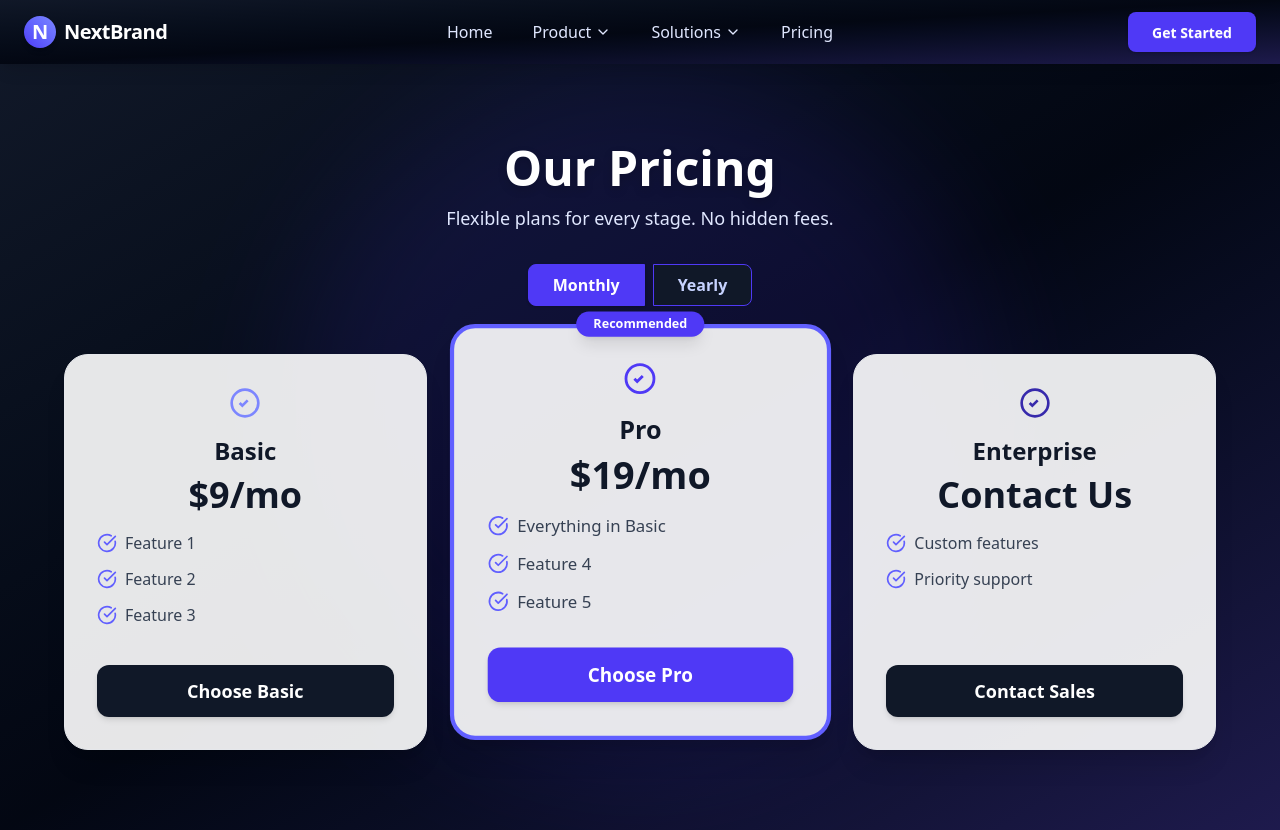
Repository: Chiranshukapil/Next_Brand
Page: /pricing
These files come from the project's save history. The page is drawn as it stood at one moment and after the next save; the edit follows.
The browser window is 1280 px wide. The pictures show the whole page.
The project was rebuilt for these pictures with package versions that can differ from the ones it lists, and the page was loaded fresh each time. Also part of the build but not shown: vite.config.js.

Above is the page before, as saved 2025-06-18 11:50:23.

After the next save:
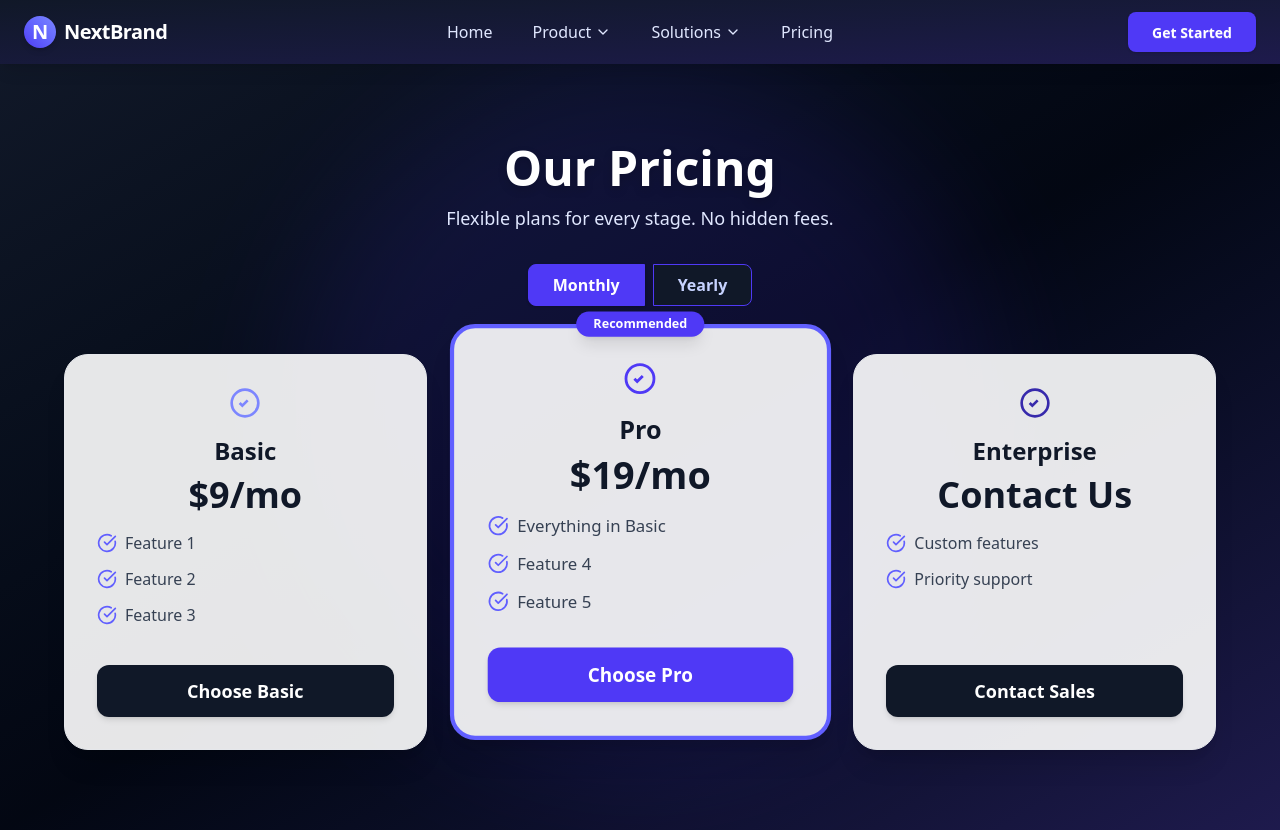
Saved 4 min 12 s later.
--- a/src/Components/NavBar.jsx
+++ b/src/Components/NavBar.jsx
@@ -30,7 +30,7 @@
   const [dropdownOpen, setDropdownOpen] = useState(null);
 
   return (
-    <nav className="sticky top-0 z-50 bg-gradient-to-br from-gray-900 via-gray-950 to-indigo-950 backdrop-blur-md bg-opacity-80 shadow-lg flex justify-between items-center px-6 py-3">
+    <nav className="sticky top-0 z-50 bg-gradient-to-br from-gray-900  to-indigo-950 backdrop-blur-md bg-opacity-80 shadow-lg flex justify-between items-center px-6 py-3">
       {/* Brand/Logo */}
       <div className="navbar-start">
         <Link

After the save that followed:
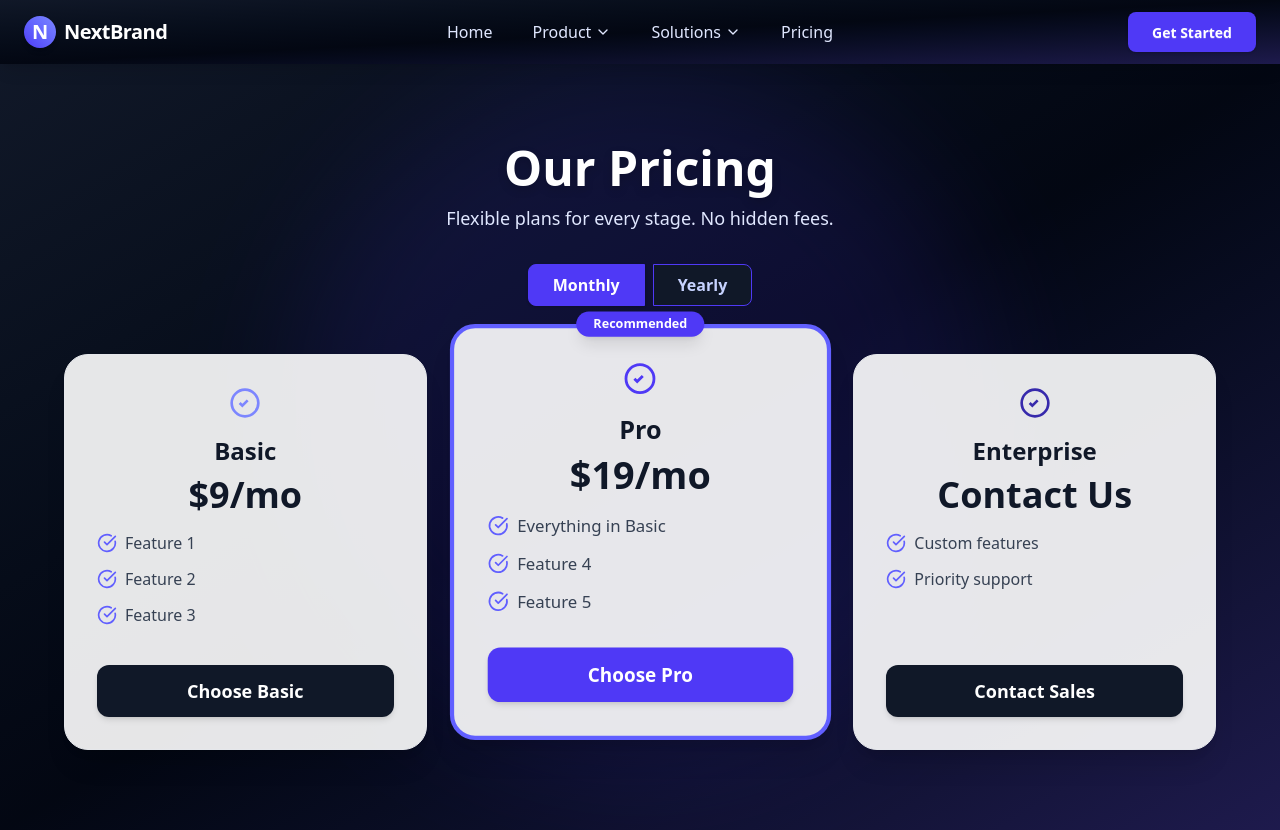
Saved 6 s later.
--- a/src/Components/NavBar.jsx
+++ b/src/Components/NavBar.jsx
@@ -30,7 +30,7 @@
   const [dropdownOpen, setDropdownOpen] = useState(null);
 
   return (
-    <nav className="sticky top-0 z-50 bg-gradient-to-br from-gray-900  to-indigo-950 backdrop-blur-md bg-opacity-80 shadow-lg flex justify-between items-center px-6 py-3">
+    <nav className="sticky top-0 z-50 bg-gradient-to-br from-gray-900 via-gray-950 to-indigo-950 backdrop-blur-md bg-opacity-80 shadow-lg flex justify-between items-center px-6 py-3">
       {/* Brand/Logo */}
       <div className="navbar-start">
         <Link
